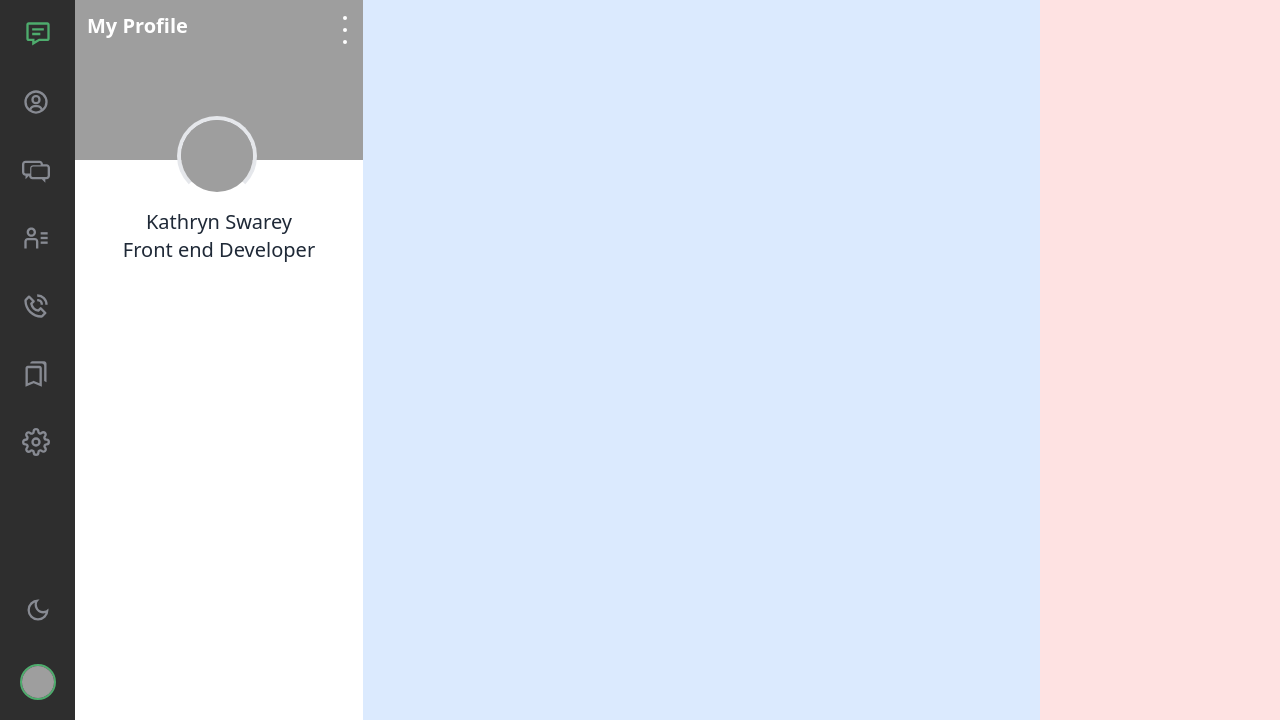
Repository: satya-ranjon/Chat-app
Page: /
These files come from the project's save history. The page is drawn as it stood at one moment and after the next save; the edit follows.
The browser window is 1280 px wide. The pictures show the whole page.
Pictures or frames that could not be fetched are drawn as grey boxes. The project was rebuilt for these pictures with package versions that can differ from the ones it lists, and the page was loaded fresh each time.

Above is the page before, as saved 2022-03-31 03:50:20.

After the next save:
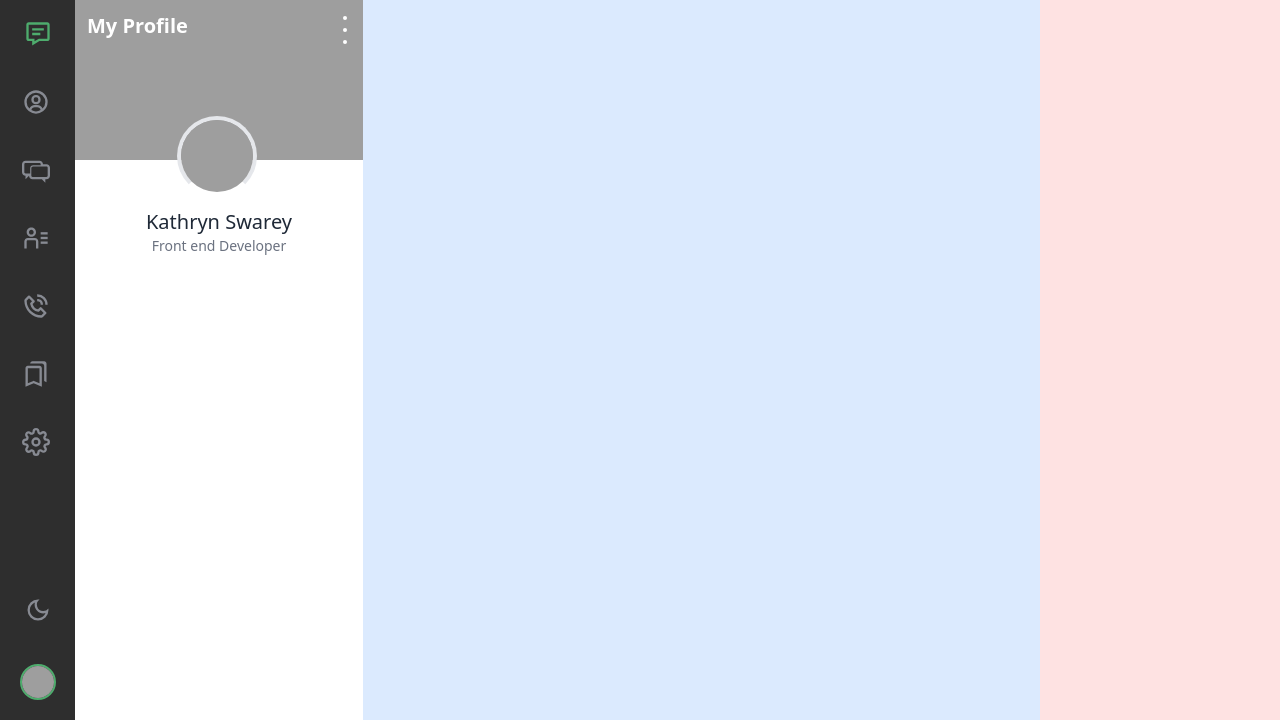
Saved 8 s later.
--- a/src/components/MyProfile/MyProfile.jsx
+++ b/src/components/MyProfile/MyProfile.jsx
@@ -20,7 +20,7 @@ export default function MyProfile() {
           </div>
         </div>
         <p className="text-xl text-gray-800 text-center">Kathryn Swarey</p>
-        <p className="text-xl text-gray-800 text-center">Front end Developer</p>
+        <p className="text-sm text-gray-500 text-center">Front end Developer</p>
       </div>
     </div>
   );
